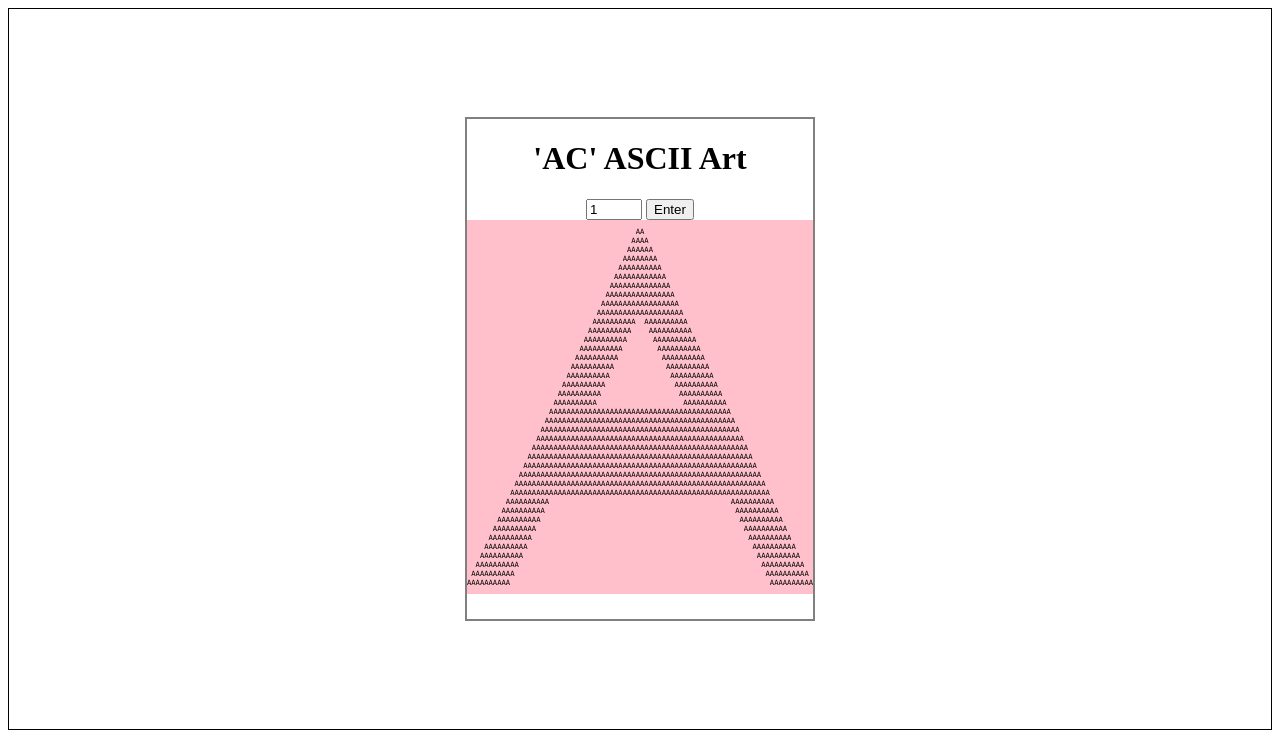
Repository: Achorn/ascii-art
Page: index.html
These files come from the project's save history. The page is drawn as it stood at one moment and after the next save; the edit follows.
The browser window is 1280 px wide. The pictures show the whole page.

Above is the page before, as saved 2021-08-09 18:42:18.

After the next save:
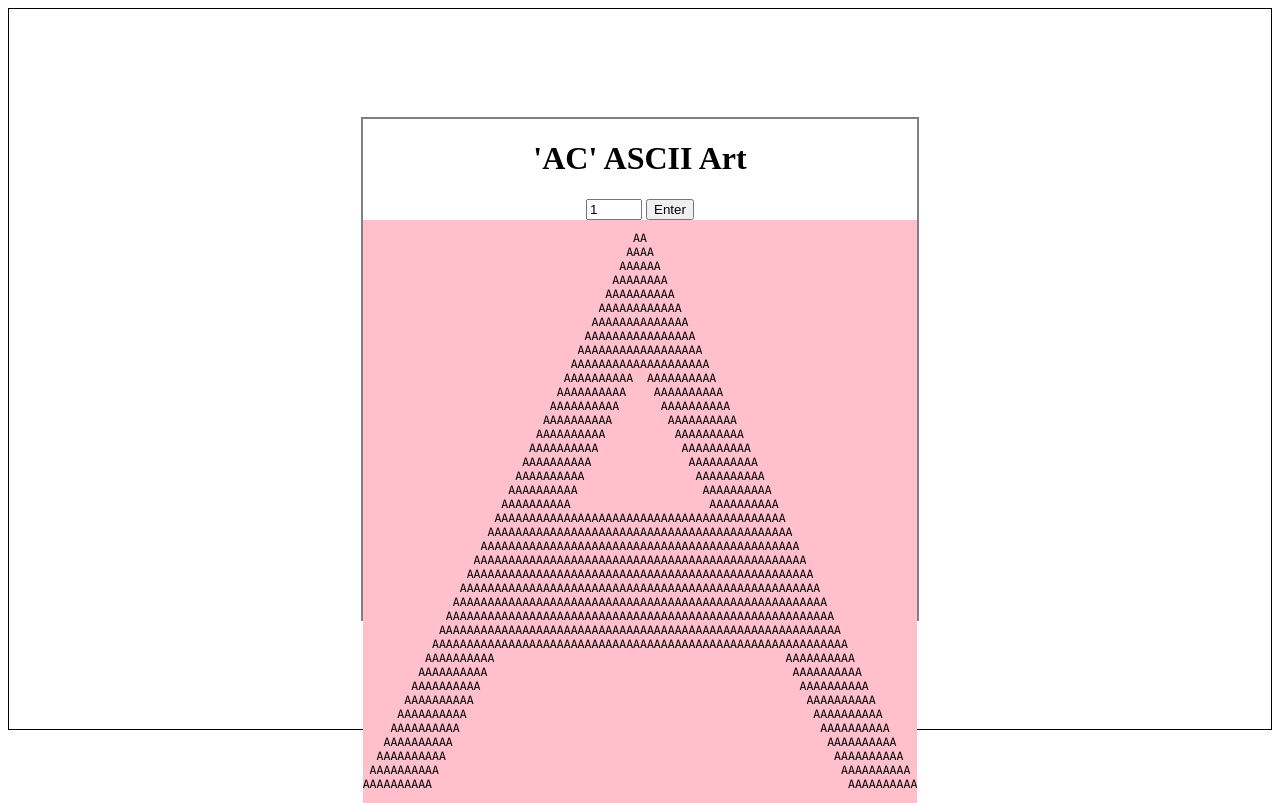
Saved 4 s later.
--- a/myscripts.js
+++ b/myscripts.js
@@ -80,7 +80,7 @@ trimA(scaledFour, scale);
 let scaledEight = scaleSpread(eight, 5);
 trimA(scaledEight, 4);
 // mono.innerHTML = halfArrToString(scaleSpread(four, 7));
-monoA.style.fontSize = `${9 / scale}ch`;
+monoA.style.fontSize = `${9 / scale}vw`;
 // monoC.style.fontSize = `${4 / scale}em`;
 monoA.innerHTML = halfArrToString(scaledFour);
 // monoC.innerHTML = arrToString(scaledEight);
